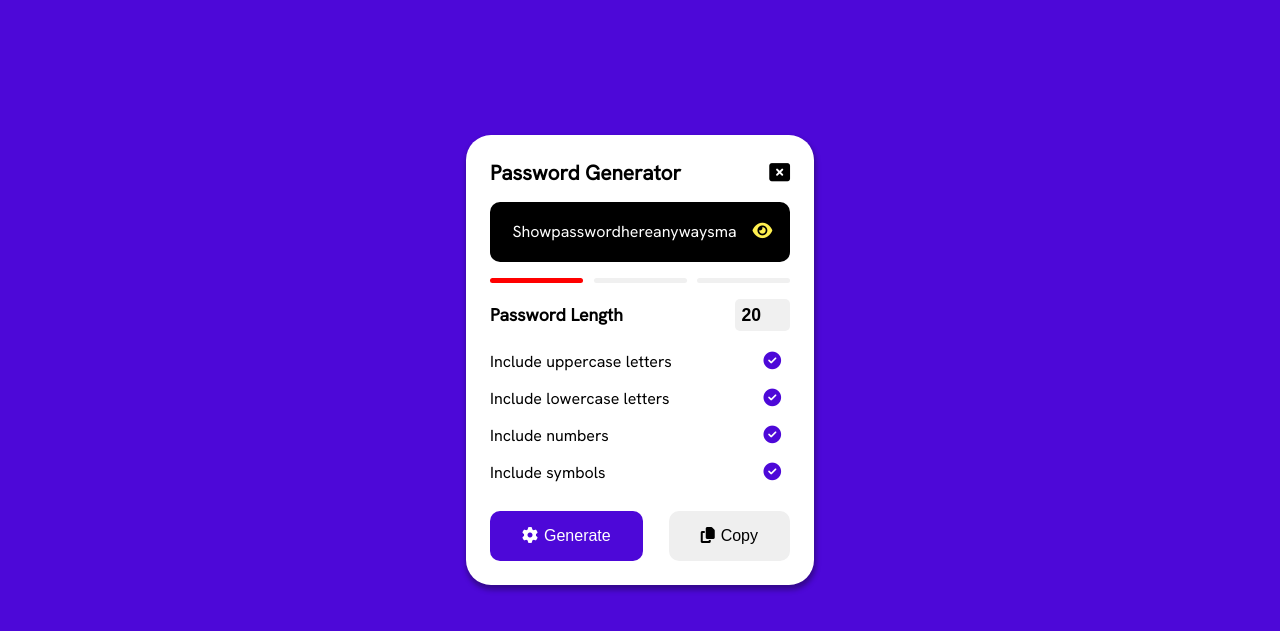
Repository: emiliaiwu/password_generator
Page: index.html
These files come from the project's save history. The page is drawn as it stood at one moment and after the next save; the edit follows.
The browser window is 1280 px wide. The pictures show the whole page.
Some web libraries are served in a nearby version.

Above is the page before, as saved 2022-12-15 20:11:19.

### index.html
<!DOCTYPE html>
<html lang="en">
<head>
    <meta charset="UTF-8">
    <meta http-equiv="X-UA-Compatible" content="IE=edge">
    <meta name="viewport" content="width=device-width, initial-scale=1.0">
    <link rel="stylesheet" href="style.css">
    <script src="https://kit.fontawesome.com/fd9c36575f.js" crossorigin="anonymous"></script>
    <title>Password Generator</title>
</head>
<body>
    <div class="container">
        <div class="title">
            <h2>Password Generator</h2>
            <i class="fa-solid fa-rectangle-xmark clear"></i>
        </div>

        <div class="display_password">
            <span class="result">Showpasswordhereanywaysma</span>
            <span class="hide">
                <i class="fa-solid fa-eye hidebtn fa-eye-slash"></i>
                <!-- <i class="fa-solid fa-eye-slash"></i> -->
            </span>
        </div>
        <div class="strength">
            <span class="weak"></span>
            <span class="medium"></span>
            <span class="strong"></span>
        </div>

        <div class="password_attributes">
            <div class="password_length">
                <label>Password Length</label>
                <input type="number" id="length" min="1" max="25" value="20">
            </div>
            <div class="password_includes">
                <ul>
                    <li class="list">
                        <label for="uppercase" id="uppercase_letters">Include uppercase letters
                            <input type="checkbox" name="uppercase" id="uppercase" class="uppercase" checked>
                            <i class="fa-solid fa-circle"></i>
                            <i class="fa-solid fa-circle-check"></i>
                        </label>
                    </li>
                    <li class="list">
                        <label for="lowercase" id="lowercase_letters">Include lowercase letters
                            <input type="checkbox" name="lowercase" id="lowercase" class="lowercase" checked>
                            <i class="fa-solid fa-circle"></i>
                            <i class="fa-solid fa-circle-check"></i>
                        </label>
                    </li>
                    <li class="list">
                        <label for="numbers" id="include_numbers">Include numbers
                            <input type="checkbox" name="numbers" id="numbers" class="numbers" checked>
                            <i class="fa-solid fa-circle"></i>
                            <i class="fa-solid fa-circle-check"></i>
                        </label>

                    </li>
                    <li class="list">
                        <label for="symbols" id="include_symbols">Include symbols
                             <input type="checkbox" name="symbols" id="symbols" class="symbols" checked>
                            <i class="fa-solid fa-circle"></i>
                            <i class="fa-solid fa-circle-check"></i>
                        </label>

                    </li>
                </ul>
            </div>
        </div>

        <div class="cta">
            <button class="btn generate"><i class="fa-solid fa-gear"></i>Generate</button>
            <button class="btn copy"><i class="fa-solid fa-copy"></i>Copy</button>
        </div>
    </div>
<script src="script.js"></script>
</body>
</html>

### style.css
@import url('https://fonts.googleapis.com/css2?family=Hanken+Grotesk:wght@300;400&display=swap');


* {
    margin: 0;
    padding: 0;
    box-sizing: border-box;
    list-style-type: none;
}


:root {
    --BG-COLOR: #fff;
    --BG-COLOR2: #000000;
    --BG-COLOR3: #4d08d8;
    --FONT-COLOR: #000;
    --FONT-COLOR2: #FFF;
}


body {
    width: 100vw;
    height: 100vh;
    font-family: 'Hanken Grotesk', sans-serif;
    display: flex;
    align-items: center;
    justify-content: center;
    color: var(--FONT-COLOR);
    background-color: var(--BG-COLOR3);

}

.container {
    background-color: var(--BG-COLOR);
    display: flex;
    flex-direction: column;
    align-items: left;
    justify-content: space-between;
    gap: 1rem;
    padding: 1.5rem;
    border-radius: 25px;
    box-shadow: 1px 4px 5px 1px rgba(5, 5, 5, 0.35);
    -webkit-box-shadow: 1px 4px 5px 1px rgba(9, 9, 9, 0.35);

}


/* FONT */
h2 {
   font-size: 1.3rem;
   font-family: inherit;
}




/* FLEX */
.title,
label,
.password_length,
.cta,
.strength {
    display: flex;
    align-items: center;
    justify-content: space-between;
}

/* CLEAR BUTTON */
.fa-rectangle-xmark {
    font-size: 1.3rem;
    cursor: pointer;
}



/* DISPLAY PASSWORD */

.display_password {
    padding: 1.2rem 1.1rem 1.2rem 1.4rem;
    width: 300px;
    border-radius: 10px;
    background: var(--BG-COLOR2);
    color: var(--FONT-COLOR2);
    overflow: hidden;
    text-align: center;
    display: flex;
    align-items: center;
    justify-content: space-between;

}

.hide i{
    font-size: 1.1rem;
    color: rgb(255, 240, 79);
}

.fa-eye-slash {
    display: none;
    transition: 0.15s ease;
}


.result {
    font-size: 1rem;
    word-wrap: break-word;
    text-align: center;
}


/* Strength */
.strength {
    width: 100%;
}

.strength span {
    width: 31%;
    height: 5px;
    background-color: #f0f0f0;
    border-radius: 10px;
}

.strength .weak {
    background-color: red;
}




/* PASSWORD LENGTH */
.password_length {
    margin-bottom: 1rem;
}


.password_length label {
    font-size: 1.1rem;
    font-weight: 600;
    font-family: inherit;
}

.password_length input[type="number"] {
    width: 55px;
    padding: .4rem .4rem .3rem .4rem;
    font-size: 1.1rem;
    border: 2px solid var(--FONT-COLOR);
    border-radius: 5px;
    border: none;
    font-weight: 600;
    color: var(--FONT-COLOR);
    background-color: #f0f0f0;
}

.password_length input[type="number"]:focus {
    outline: none;
}



/* LIST ATTRIBUTES */
.list {
    margin-top: .5rem;
}

.list input[type="checkbox"] {
    padding: 1rem;
}

/* Hide the checkbox */
.list input {
    opacity: 0;
    cursor: pointer;
    margin: .5rem;
}

label {
     position: relative;
}

.list .fa-solid {
    position: absolute;
    top: 50%;
    right: 0;
    transform: translate(-50%, -50%);
    color: var(--BG-COLOR3);
    font-size: 1.1rem;
    cursor: pointer;
}

.fa-circle-check{
    opacity: 0;
}

/* CHECKED */
.list input:checked ~ .fa-circle-check {
    opacity: 1;
    transition: opacity .2s ease;
}

.list input:checked ~ .fa-circle {
    opacity: 0;
     transition: opacity .2s ease;
}


/* BUTTON */
.btn {
    margin-top: .5rem;
    padding: 1rem 2rem;
    font-size: 1rem;
    border: none;
    border-radius: 10px;
    cursor: pointer;

}

.generate {
    background-color: var(--BG-COLOR3);
    color: var(--FONT-COLOR2);
}

.generate:hover i{
    transform: rotate(180deg);
    transition: transform .4s ease;
}

.generate:focus {
    background-color: #38079c;
    outline: none;
}

.copy:focus {
    outline: none;
}

.btn .fa-solid {
    margin-right: 6px;
}

### script.js
'use strict';

// Select Elements
const clear = document.querySelector('.clear');
const resultEl = document.querySelector('.result');
const lengthEl = document.getElementById('length');
const uppercaseEl = document.getElementById('uppercase');
const lowercaseEl = document.getElementById('lowercase');
const numbersEl = document.getElementById('numbers');
const symbolsEl = document.getElementById('symbols');
const generateBtn = document.querySelector('.generate');
const copyBtn = document.querySelector('.copy');
const hide = document.querySelector('.hide');


// Variables
let allUppercase = '';
let allLowercase = '';
let allNumbers = '';
const allSymbols = '~!@#$%^&*()_-+={}[]|;:<>.,/?';



hide.addEventListener('click', () => {
	const hidebtn = document.querySelector('.hidebtn');
	hidebtn.classList.toggle('fa-eye');
})



// Generate Randoms Functions
const getRandomUppercase = () => {
    return String.fromCharCode(Math.floor(Math.random() * 26) + 65);
};

const getRandomLowercase = () => {
	return String.fromCharCode(Math.floor(Math.random() * 26) + 97);
};

const getRandomNumbers = () => {
	return String.fromCharCode(Math.floor(Math.random() * 10) + 48);
};

const getRandomSymbols = () => {
	const symbols = '~!@#$%^&*()_-+={}[]|\;:<>.,/?';
	return symbols[Math.floor(Math.random() * symbols.length)];
};



// Get the characters
		// const getUppercase = () => {
		// 	for (let i = 65; i < 91; i++) {
		// 		allUppercase = allUppercase.concat(String.fromCharCode(i));
		// 	}
		// }
		// getUppercase();

		// const getLowercase = () => {
		// 	allLowercase = allUppercase.toLowerCase();
		// }
		// getLowercase();

		// const getNumbers = () => {
		// 	for (let i = 48; i < 58; i++) {
		// 		allNumbers = allNumbers.concat(String.fromCharCode(i));
		// 	}
		// }
		// getNumbers();

		// const allCharacters = allUppercase + allLowercase + allNumbers + allSymbols;
		// console.log(allCharacters);

		// console.log(allNumbers);


// Give Functions a Key
const randomFunctions = {
	uppercase: getRandomUppercase,
	lowercase: getRandomLowercase,
	numbers: getRandomNumbers,
	symbols: getRandomSymbols,
};


// Add EventListener to Generate
generateBtn.addEventListener('click', () => {
	const length = +lengthEl.value;
	const hasUppercase = uppercaseEl.checked;
	const hasLowercase = uppercaseEl.checked;
	const hasNumbers = numbersEl.checked;
	const hasSymbols = symbolsEl.checked;
	console.log(hasLowercase, hasNumbers, hasSymbols, hasUppercase, length);
});

After the next save:
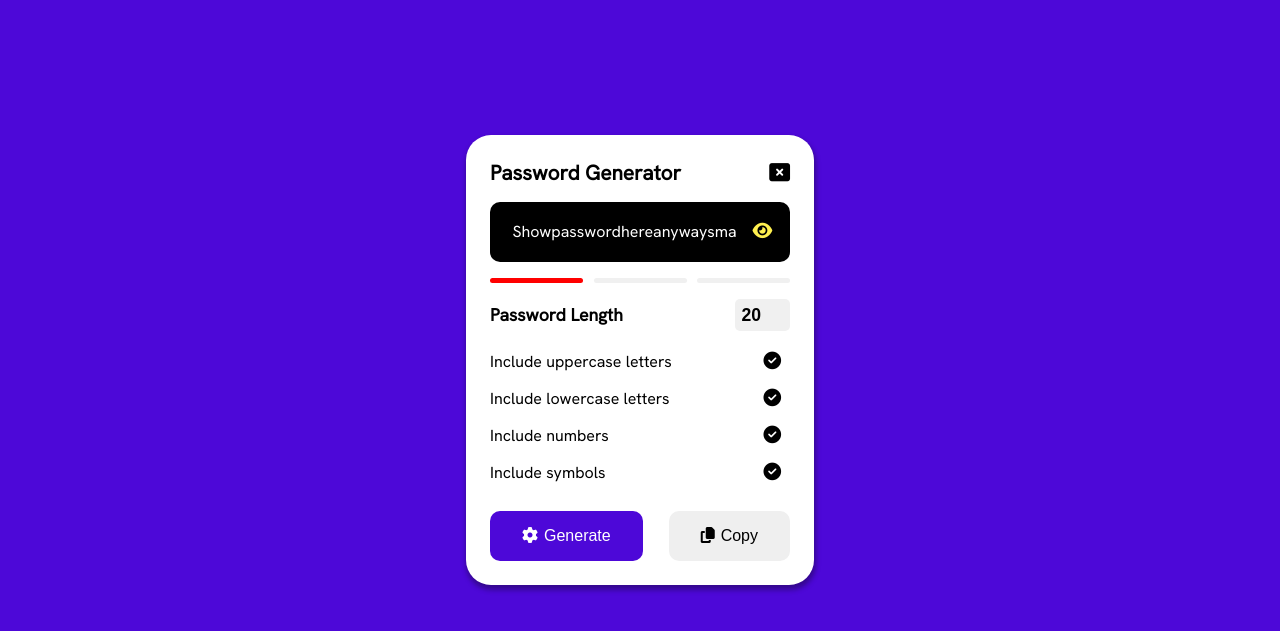
Saved 8 s later.
--- a/style.css
+++ b/style.css
@@ -181,7 +181,7 @@ label {
     top: 50%;
     right: 0;
     transform: translate(-50%, -50%);
-    color: var(--BG-COLOR3);
+    color: var(--BG-COLOR2);
     font-size: 1.1rem;
     cursor: pointer;
 }
